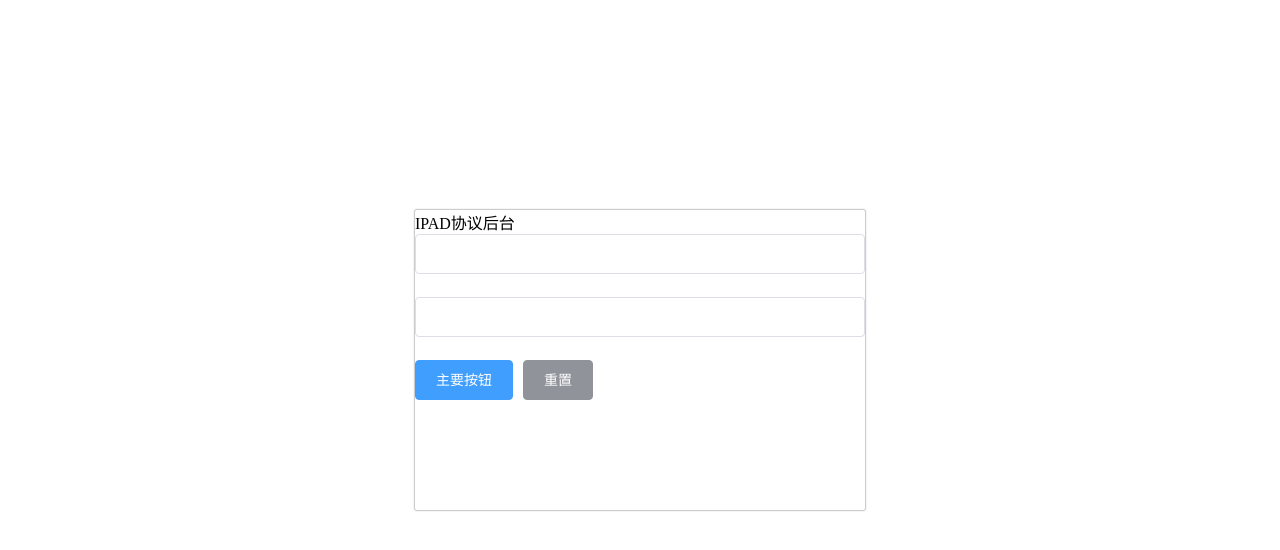
Repository: Iamanuan/ipad_admin
Page: /
An editor plug-in stored every save of this project. The page is shown before and after the next save, followed by the edit.
The browser window is 1280 px wide. The pictures show the whole page.
The project was rebuilt for these pictures with package versions that can differ from the ones it lists, and the page was loaded fresh each time. Also part of the build but not shown: vue.config.js.

Above is the page before, as saved 2020-05-07 13:36:35.

After the next save:
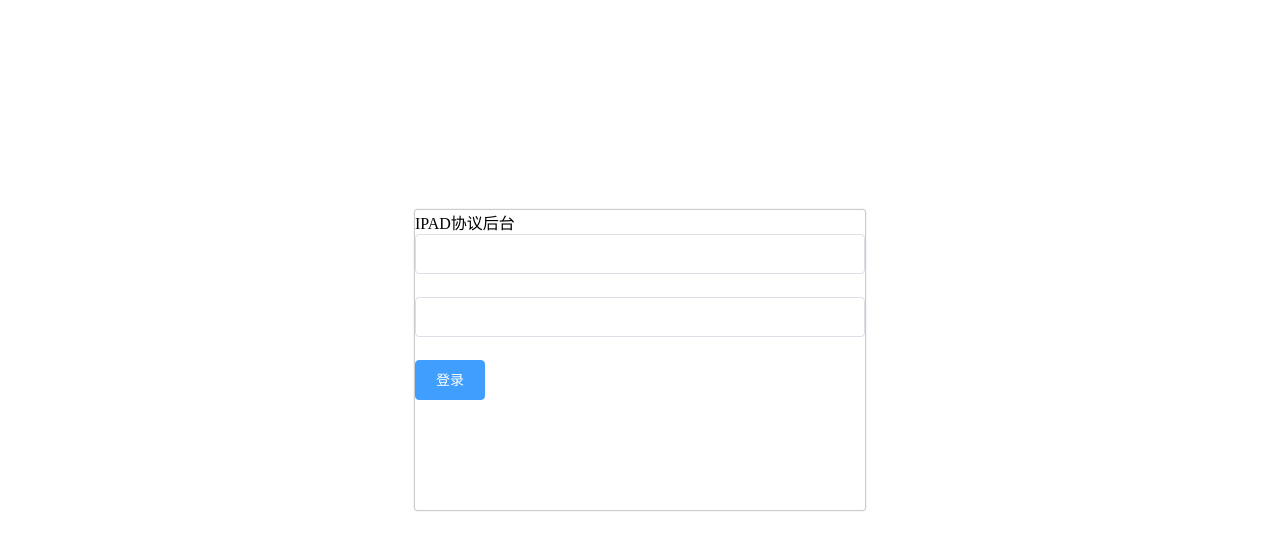
Saved 13 s later.
--- a/src/components/Login.vue
+++ b/src/components/Login.vue
@@ -11,8 +11,8 @@
         <el-form-item>
           <el-input></el-input>
         </el-form-item>
-        <el-button type="primary">主要按钮</el-button>
-        <el-button type="info">重置</el-button>
+        <el-button type="primary">登录</el-button>
+        <!-- <el-button type="info">重置</el-button> -->
       </el-form>
     </div>
   </div>
